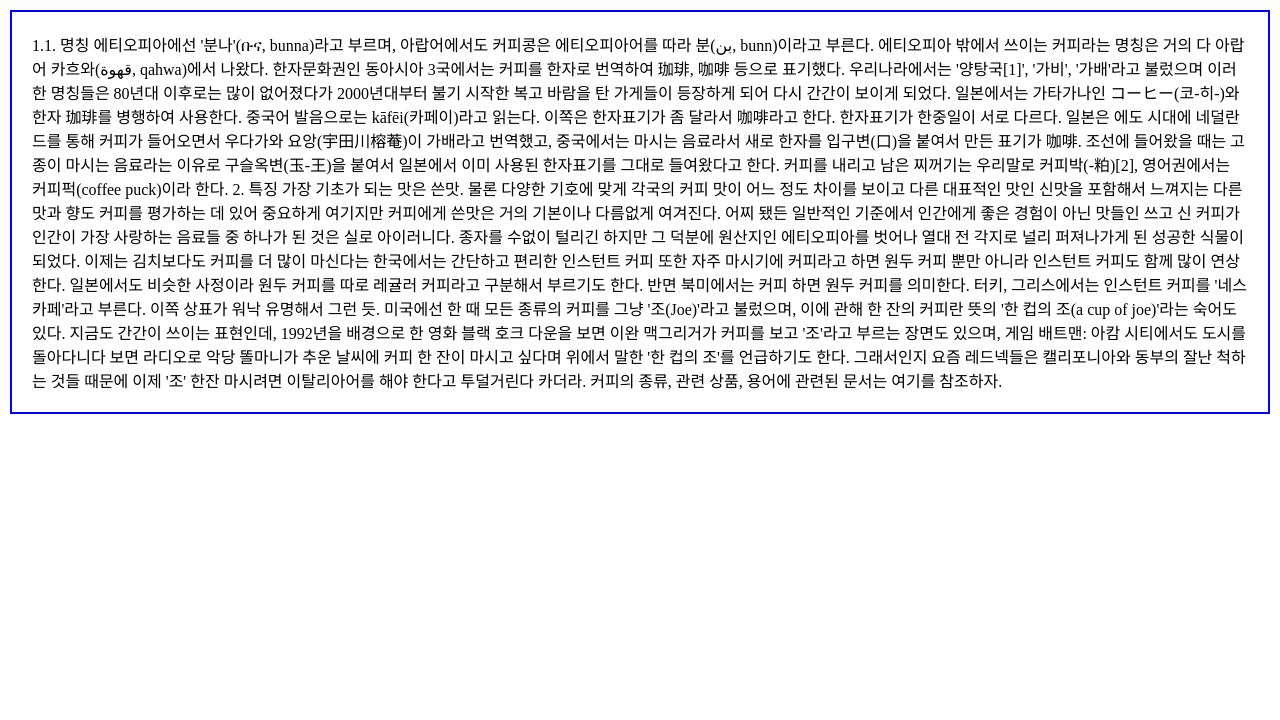
Repository: yul3220/WebProgrammingLecture
Page: webpro/WebContent/2021-01-08/백그라운드이미지.html
These files come from the project's save history. The page is drawn as it stood at one moment and after the next save; the edit follows.
The browser window is 1280 px wide. The pictures show the whole page.

Above is the page before, as saved 2021-01-08 02:43:16.

### webpro/WebContent/2021-01-08/백그라운드이미지.html
<!DOCTYPE html>
<html>
<head>
<meta charset="UTF-8">
<title>Insert title here</title>
<style>
body{
	border : 2px solid blue; /*style만 필수이고, 픽셀크기와 색깔은 선택사항*/
	margin : 10px;
	padding : 20px;
}
</style>
</head>
<body>
1.1. 명칭
에티오피아에선 '분나'(ቡና, bunna)라고 부르며,
아랍어에서도 커피콩은 에티오피아어를 따라 분(بن, bunn)이라고 부른다.
에티오피아 밖에서 쓰이는 커피라는 명칭은 거의 다 아랍어 카흐와(قهوة, qahwa)에서 나왔다.
한자문화권인 동아시아 3국에서는 커피를 한자로 번역하여 珈琲, 咖啡 등으로 표기했다.
우리나라에서는 '양탕국[1]', '가비', '가배'라고 불렀으며
이러한 명칭들은 80년대 이후로는 많이 없어졌다가
2000년대부터 불기 시작한 복고 바람을 탄 가게들이 등장하게 되어 다시 간간이 보이게 되었다.
일본에서는 가타가나인 コーヒー(코-히-)와 한자 珈琲를 병행하여 사용한다.
 중국어 발음으로는 kāfēi(카페이)라고 읽는다. 이쪽은 한자표기가 좀 달라서 咖啡라고 한다.
한자표기가 한중일이 서로 다르다.
 일본은 에도 시대에 네덜란드를 통해 커피가 들어오면서
 우다가와 요앙(宇田川榕菴)이 가배라고 번역했고,
 중국에서는 마시는 음료라서 새로 한자를 입구변(口)을 붙여서 만든 표기가 咖啡.
  조선에 들어왔을 때는 고종이 마시는 음료라는 이유로 구슬옥변(玉-王)을 붙여서
   일본에서 이미 사용된 한자표기를 그대로 들여왔다고 한다.
커피를 내리고 남은 찌꺼기는 우리말로 커피박(-粕)[2],
영어권에서는 커피퍽(coffee puck)이라 한다.
2. 특징
가장 기초가 되는 맛은 쓴맛.
물론 다양한 기호에 맞게 각국의 커피 맛이 어느 정도 차이를 보이고
 다른 대표적인 맛인 신맛을 포함해서 느껴지는 다른 맛과 향도 커피를 평가하는 데 있어 중요하게 여기지만
 커피에게 쓴맛은 거의 기본이나 다름없게 여겨진다.
 어찌 됐든 일반적인 기준에서 인간에게 좋은 경험이 아닌 맛들인 쓰고 신 커피가
 인간이 가장 사랑하는 음료들 중 하나가 된 것은 실로 아이러니다.
  종자를 수없이 털리긴 하지만 그 덕분에 원산지인 에티오피아를 벗어나
  열대 전 각지로 널리 퍼져나가게 된 성공한 식물이 되었다.
이제는 김치보다도 커피를 더 많이 마신다는 한국에서는 간단하고 편리한 인스턴트 커피
 또한 자주 마시기에 커피라고 하면 원두 커피 뿐만 아니라 인스턴트 커피도 함께 많이 연상한다.
 일본에서도 비슷한 사정이라 원두 커피를 따로 레귤러 커피라고 구분해서 부르기도 한다.
  반면 북미에서는 커피 하면 원두 커피를 의미한다.
  터키, 그리스에서는 인스턴트 커피를 '네스카페'라고 부른다. 이쪽 상표가 워낙 유명해서 그런 듯.
미국에선 한 때 모든 종류의 커피를 그냥 '조(Joe)'라고 불렀으며,
 이에 관해 한 잔의 커피란 뜻의 '한 컵의 조(a cup of joe)'라는 숙어도 있다.
  지금도 간간이 쓰이는 표현인데, 1992년을 배경으로 한 영화 블랙 호크 다운을 보면
이완 맥그리거가 커피를 보고 '조'라고 부르는 장면도 있으며,
게임 배트맨: 아캄 시티에서도 도시를 돌아다니다 보면 라디오로 악당 똘마니가
추운 날씨에 커피 한 잔이 마시고 싶다며 위에서 말한 '한 컵의 조'를 언급하기도 한다.
 그래서인지 요즘 레드넥들은 캘리포니아와 동부의 잘난 척하는 것들 때문에
이제 '조' 한잔 마시려면 이탈리아어를 해야 한다고 투덜거린다 카더라.
커피의 종류, 관련 상품, 용어에 관련된 문서는 여기를 참조하자.
</body>
</html>

After the next save:
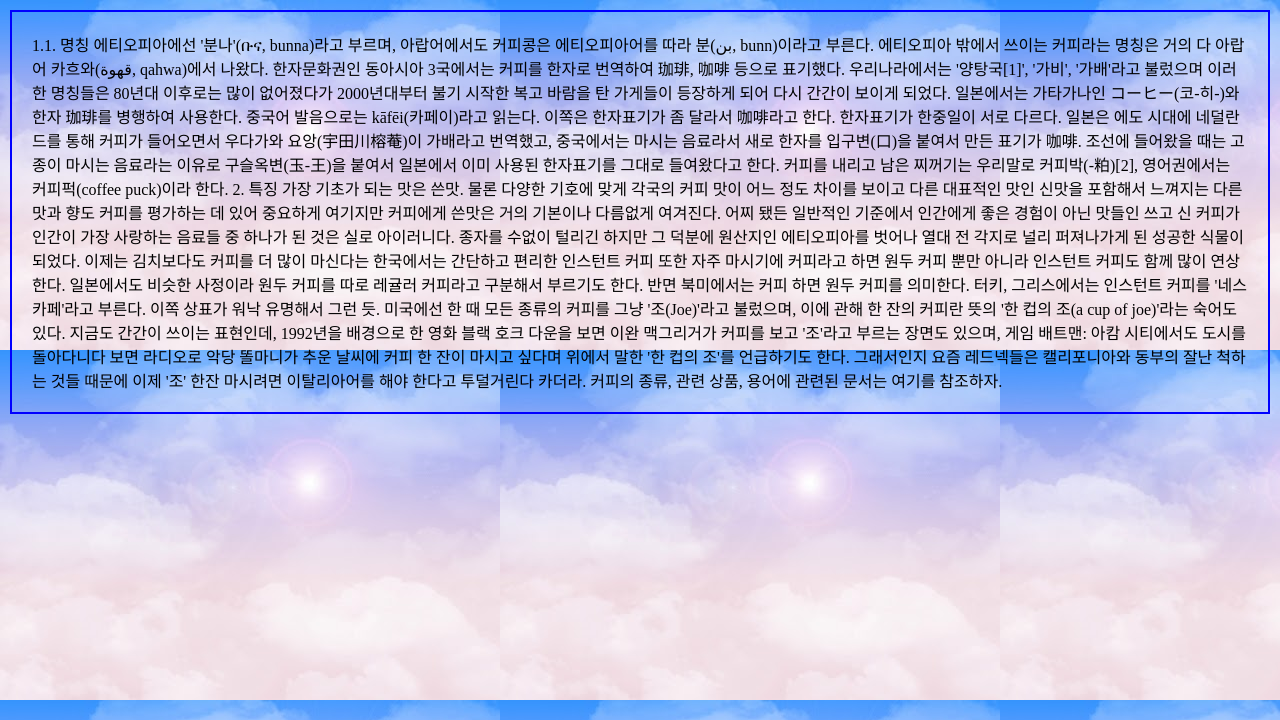
Saved 52 s later.
--- a/webpro/WebContent/2021-01-08/백그라운드이미지.html
+++ b/webpro/WebContent/2021-01-08/백그라운드이미지.html
@@ -5,9 +5,13 @@
 <title>Insert title here</title>
 <style>
 body{
-	border : 2px solid blue; /*style만 필수이고, 픽셀크기와 색깔은 선택사항*/
+	border : 2px solid blue;
 	margin : 10px;
 	padding : 20px;
+
+	/*border : solid; ==> style만 필수이고, 픽셀크기와 색깔은 선택사항*/
+
+	background : url(../images/cloud03.jpg)
 }
 </style>
 </head>
